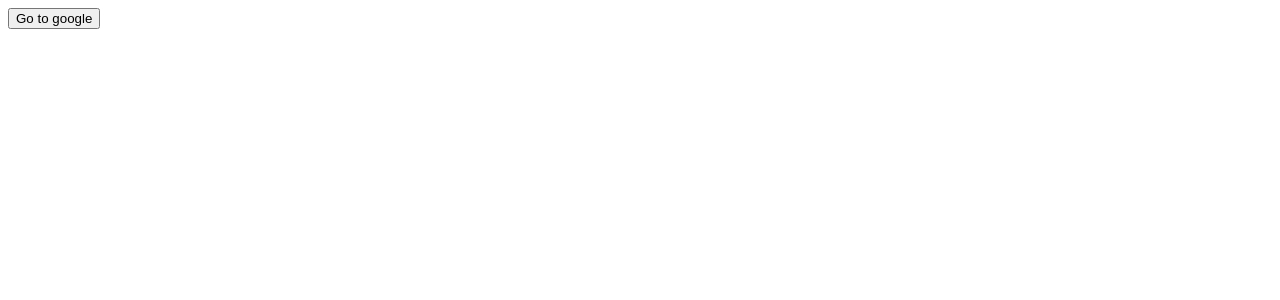
Repository: avsuhas/Java-Project
Page: Employee Project/WebContent/html/button.html
The author's editor kept a copy of each file at every save. The page is drawn from the files as they stood at one save, then again after the next save.
The browser window is 1280 px wide. The pictures show the whole page.

Above is the page before, as saved 2017-05-24 20:48:00.

### Employee Project/WebContent/html/button.html
<!DOCTYPE html>
<html>
<head>
<meta charset="UTF-8">
<title>Insert title here</title>
</head>
<body>
<form name="link" action = "../jsp/employees.jsp">
	<input type="submit" value="Go to google"/>

</form>


</body>
</html>

After the next save:
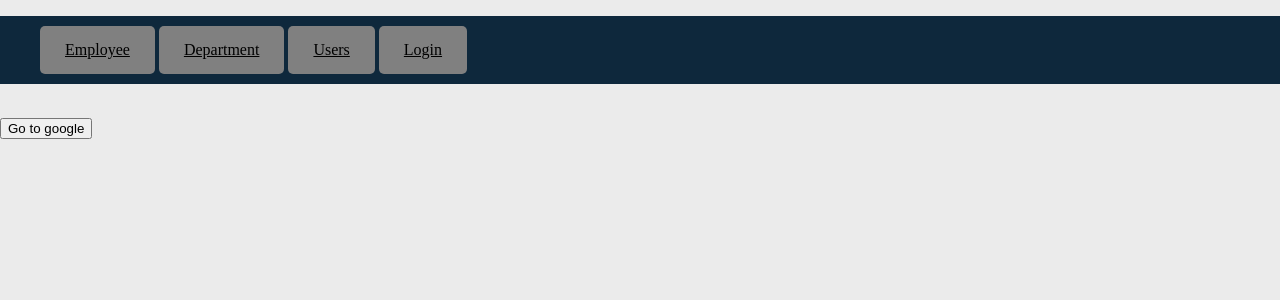
Saved 6 min 22 s later.
--- a/Employee Project/WebContent/html/button.html
+++ b/Employee Project/WebContent/html/button.html
@@ -1,10 +1,59 @@
 <!DOCTYPE html>
 <html>
-<head>
-<meta charset="UTF-8">
-<title>Insert title here</title>
+<head runat="server">
+    <title>Client Side Validation</title>
+    <style type="text/css">
+    html, body {
+    	margin: 0px;
+    	background: #ebebeb;
+    }
+      .ulTag {
+      	list-style-type: none;
+      	background: #0E283C;
+      	margin: 0px;
+      }
+
+
+      .liTag {
+        display: inline-block;
+            padding: 15px 25px;
+            background: grey;
+            border-radius: 5px;
+            margin: 10px 0px 10px 0px;
+            text-align: right;
+        }
+        .sbmtBtn {
+        	width: 90px;
+		    height: 35px;
+		    border-radius: 10px;
+		    font-size: 17px;
+		    margin-top: 20px;
+}
+        }
+    </style>
+
 </head>
 <body>
+	<div class="ulTag">
+	<ul>
+		<li class="liTag"> <a href="user-data-js.jsp" style="color:black;">Employee</a></li>
+
+		<li class="liTag"><a href="#" style="color:black;">Department</a></li>
+		<li class="liTag"><a href="#" style="color:black;">Users</a></li>
+		<li class="liTag"><a href="employees.jsp" style="color:black;">Login</a></li>
+	</ul>
+	</div>
+
+
+
+<br>
+
+
+
+
+
+
+
 <form name="link" action = "../jsp/employees.jsp">
 	<input type="submit" value="Go to google"/>
 
